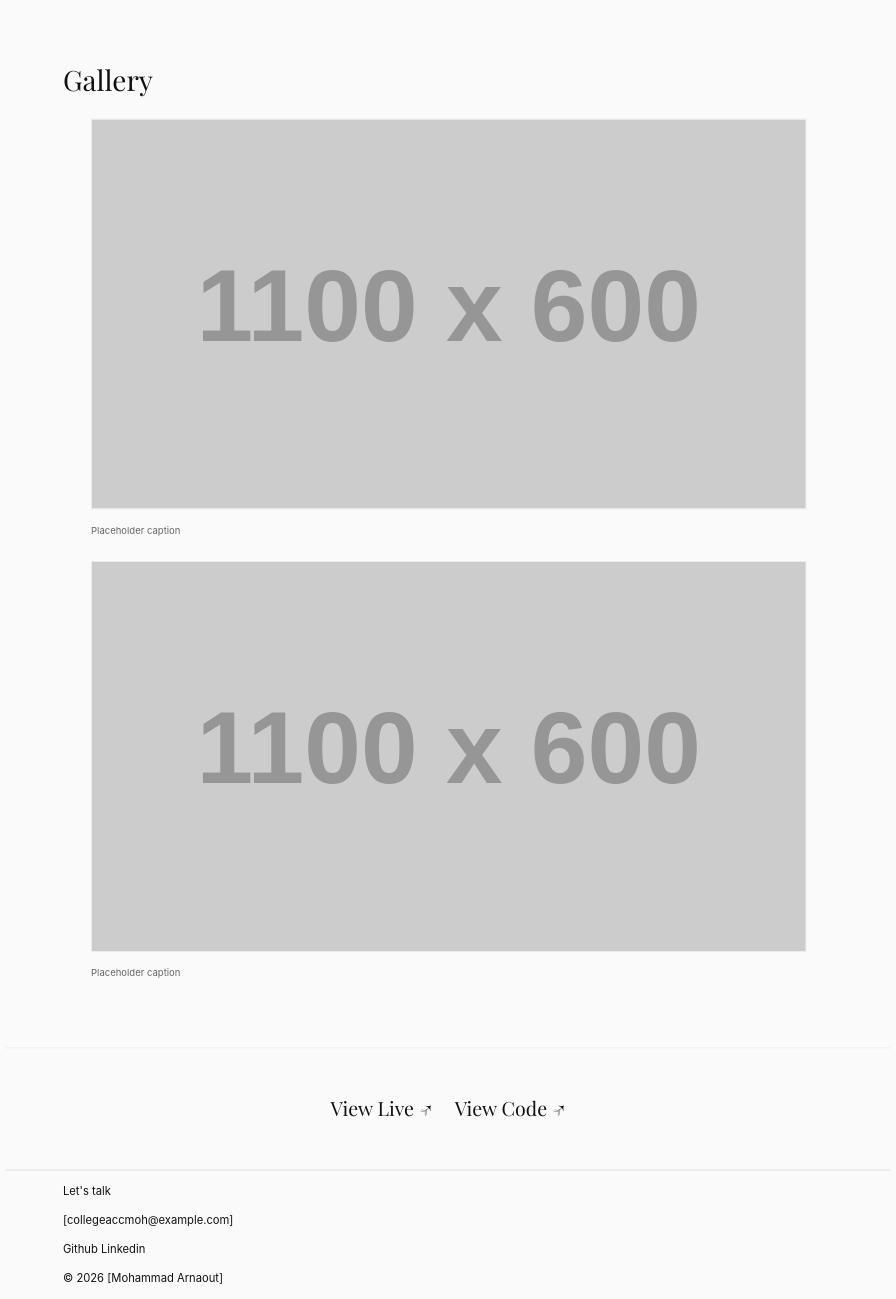
Repository: Moh-Arna/Moh-Arna
Page: project-detail-temp1.html
An editor plug-in stored every save of this project. The page is shown before and after the next save, followed by the edit.
The browser window is 1280 px wide. The pictures show the part of the page from y = 2081 to 4001 px (the page is 3937 px tall before and 4001 px after), at 70% of full size.
Some web fonts or font styles are not loaded; a fallback is used.

Above is the page before, as saved 2026-05-12 08:54:47.

### project-detail-temp1.html
<!DOCTYPE html>
<html lang="en">
<head>
  <meta charset="UTF-8">
  <meta name="viewport" content="width=device-width, initial-scale=1.0">
  <title>[Placeholder Project] — [Mohammad Arnaout]</title>

  <link rel="stylesheet" href="styles/globals.css">
  <link rel="stylesheet" href="styles/project-details.css">
</head>
<body>

  <header class="header">
    <div class="container header-inner">
      <a href="index.html" class="logo">[Mohammad Arnaout]</a>
      <nav aria-label="Main navigation">
        <ul class="nav">
          <li><a href="index.html#work">Work</a></li>
          <li><a href="index.html#about">About</a></li>
          <li><a href="index.html#contact">Contact</a></li>
        </ul>
      </nav>
    </div>
  </header>

  <main>

    <!-- Back link -->
    <div class="container">
      <a href="index.html#work" class="back-link">← Back to work</a>
    </div>

    <!-- Project intro -->
    <section class="project-intro">
      <div class="container">
        <div class="project-meta">
          <span>2026</span>
          <span>Placeholder name for what the project is</span>
        </div>
        <h1>[Placeholder project name]</h1>
        <p class="tagline">[Placeholder description of what this project is about]</p>
      </div>
    </section>

    <!-- Cover image -->
    <section class="cover">
      <div class="container">
        <img src="https://placehold.co/1100x600" alt="[Placeholder project name] preview">
      </div>
    </section>

    <!-- Info grid -->
    <section class="info">
      <div class="container info-grid">
        <div>
          <p class="info-label">Role</p>
          <p>Developer</p>
        </div>
        <div>
          <p class="info-label">Timeline</p>
          <p>[Month YYYY]</p>
        </div>
        <div>
          <p class="info-label">Stack</p>
          <p>HTML, CSS, JavaScript</p>
        </div>
      </div>
    </section>

    <!-- Overview -->
    <section class="content">
      <div class="container">
        <h2 class="section-title">Overview</h2>
        <p>
          [Paragraph one what is this project and why did you build it?]
        </p>
        <p>
          [Paragraph two what does it do and who is it for?]
        </p>
      </div>
    </section>

    <!-- Process -->
    <section class="content">
      <div class="container">
        <h2 class="section-title">Process</h2>
        <p>
          [Paragraph one how did you approach building it?]
        </p>
        <p>
          [Paragraph two what challenges did you run into, and what did you learn?]
        </p>
      </div>
    </section>

    <!-- Gallery -->
    <section class="gallery">
      <div class="container">
        <h2 class="section-title">Gallery</h2>
        <figure>
          <img src="https://placehold.co/1100x600" alt="[Description of screenshot]">
          <figcaption>Placeholder caption</figcaption>
        </figure>
        <figure>
          <img src="https://placehold.co/1100x600" alt="[Description of screenshot]">
          <figcaption>Placeholder caption</figcaption>
        </figure>
      </div>
    </section>

    <!-- External links -->
    <section class="links">
      <div class="container">
        <a href="#" target="_blank" class="external-link">View Live ↗</a>
        <a href="#" target="_blank" class="external-link">View Code ↗</a>
      </div>
    </section>


  </main>

  <footer id="contact">
    <div class="container">
      <p class="eyebrow">Let's talk</p>
      <a href="mailto:[collegeaccmoh@example.com]" class="email">[collegeaccmoh@example.com]</a>

      <ul class="socials">
            <a href="https://github.com/Moh-Arna" target="_blank">Github</a>
            <a href="https://github.com/Moh-Arna" target="_blank">Linkedin</a>
      </ul>

      <p class="copyright">© 2026 [Mohammad Arnaout]</p>
    </div>
  </footer>

</body>
</html>

### styles/globals.css
@font-face {
  font-family: 'Playfair Display';
  src: url('../assets/fonts/Playfair_Display/PlayfairDisplay-VariableFont_wght.ttf') format('woff2');
  font-weight: 400;
  font-style: normal;
  font-display: swap;
}

@font-face {
  font-family: 'Playfair Display';
  src: url('../assets/fonts/Playfair_Display/PlayfairDisplay-Italic-VariableFont_wght.ttf') format('woff2');
  font-weight: 400;
  font-style: italic;
  font-display: swap;
}

@font-face {
  font-family: 'Inter';
  src: url('../assets/fonts/Inter/Inter-VariableFont_opsz\,wght.ttf') format('woff2');
  font-weight: 400;
  font-style: normal;
  font-display: swap;
}

@font-face {
  font-family: 'Inter';
  src: url('../assets/fonts/Inter/Inter-Italic-VariableFont_opsz\,wght.ttf') format('woff2');
  font-weight: 500;
  font-style: normal;
  font-display: swap;
}

:root{
    --bg:#fafafa;
    --text: #111;
    --muted: #666;
    --border: #e5e5e5;
}

body{
    font-family: 'Inter', sans-serif;
    background-color: var(--bg);
    color: var(--text);
    line-height: 1.6;
}

a{
  color: inherit;
  text-decoration: none;
}

h1, h2, h3{
    font-family: 'PlayFair Display', serif;
    font-weight: 400;
    line-height: 1.2;
}

ul, ol{
  list-style: none;
  padding: 0;
}

.container{
    max-width: 1100px;
    margin: 0 auto;
    padding: 0 1.5rem;
}

### styles/project-details.css
/* Back link */
.back-link {
  display: inline-block;
  color: var(--muted);
  font-size: 0.9rem;
  padding: 2rem 0 1rem;
}

.back-link:hover {
  color: var(--text);
}

/* Project intro */
.project-intro {
  padding: 2rem 0 4rem;
}

.project-meta {
  display: flex;
  gap: 1rem;
  font-size: 0.85rem;
  color: var(--muted);
  text-transform: uppercase;
  letter-spacing: 0.05em;
  margin-bottom: 1.5rem;
}

.project-intro h1 {
  font-size: 2.5rem;
  margin-bottom: 1rem;
}

.tagline {
  color: var(--muted);
  max-width: 50ch;
}

/* Cover */
.cover {
  padding-bottom: 4rem;
}

.cover img {
  width: 100%;
  border: 1px solid var(--border);
}

/* Info grid */
.info {
  padding: 2rem 0 4rem;
  border-top: 1px solid var(--border);
  border-bottom: 1px solid var(--border);
}

.info-grid {
  display: flex;
  flex-direction: column;
  gap: 1.5rem;
}

.info-label {
  font-size: 0.85rem;
  color: var(--muted);
  text-transform: uppercase;
  letter-spacing: 0.05em;
  margin-bottom: 0.25rem;
}

/* Content sections (Overview, Process) */
.content {
  padding: 4rem 0;
  border-bottom: 1px solid var(--border);
}

.section-title {
  font-size: 2rem;
  margin-bottom: 2rem;
}

.content p {
  max-width: 60ch;
  margin-bottom: 1rem;
  color: #333;
}

/* Gallery */
.gallery {
  padding: 4rem 0;
  border-bottom: 1px solid var(--border);
}

.gallery figure {
  margin-bottom: 2rem;
}

.gallery img {
  width: 100%;
  border: 1px solid var(--border);
  margin-bottom: 0.75rem;
}

.gallery figcaption {
  font-size: 0.85rem;
  color: var(--muted);
}

/* External links */
.links {
  padding: 4rem 0;
  border-bottom: 1px solid var(--border);
  display: flex;
}

.links .container {
  display: flex;
  gap: 2rem;
}

.external-link {
  font-family: 'Playfair Display', serif;
  font-size: 1.4rem;
}

.external-link:hover {
  font-style: italic;
}

/* Next project */
.next-project {
  padding: 4rem 0;
}

.next-link {
  font-family: 'Playfair Display', serif;
  font-size: 2rem;
  display: inline-block;
  margin-top: 1rem;
}

.next-link:hover {
  font-style: italic;
}

#contact{
    padding: 1rem 0 2;
    border-top: 1px solid var(--border);
}

/* Tablet / Desktop */
@media (min-width: 768px) {
  .project-intro {
    padding: 4rem 0 5rem;
  }

  .project-intro h1 {
    font-size: 3.75rem;
  }

  .section-title {
    font-size: 2.5rem;
  }

  .info-grid {
    flex-direction: row;
    gap: 4rem;
  }

  .info-grid > div {
    flex: 1;
  }

  .external-link {
    font-size: 1.75rem;
  }

  .next-link {
    font-size: 3.5rem;
  }
}

After the next save:
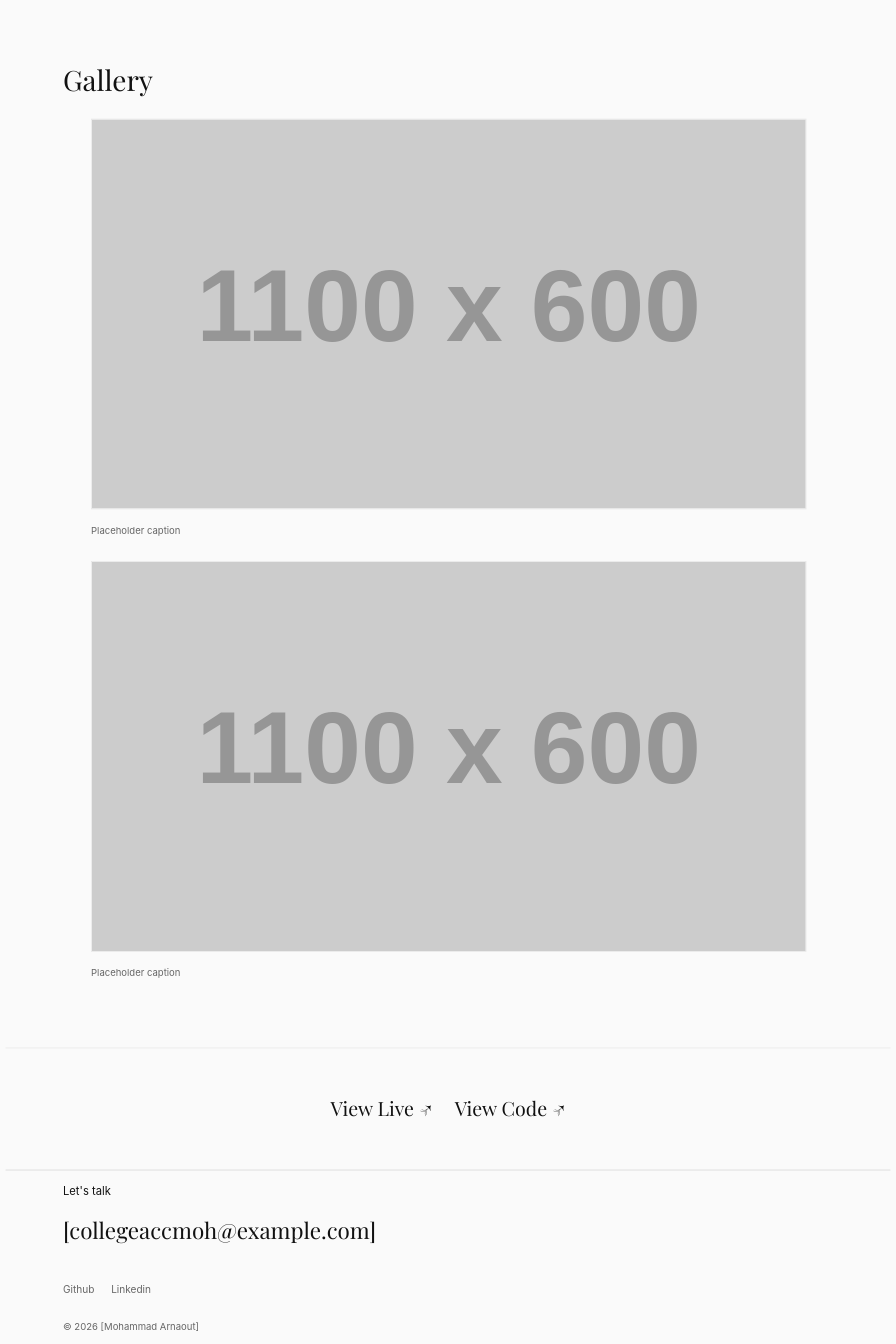
Saved 48 s later.
--- a/styles/project-details.css
+++ b/styles/project-details.css
@@ -146,6 +146,34 @@
     border-top: 1px solid var(--border);
 }
 
+.email{
+    font-family: 'Playfair Display', serif;
+    font-size: 2rem;
+    display:inline-block;
+    margin-bottom: 2rem;
+    word-break: break-word;
+}
+
+.socials{
+    display: flex;
+    gap: 1.5rem;
+    margin-bottom: 2rem;
+}
+
+.socials a{
+    color: var(--muted);
+    font-size: 0.9rem;
+}
+
+.socials a:hover{
+    color: var(--text);
+}
+
+.copyright{
+    color: var(--muted);
+    font-size: 0.85rem;
+}
+
 /* Tablet / Desktop */
 @media (min-width: 768px) {
   .project-intro {
